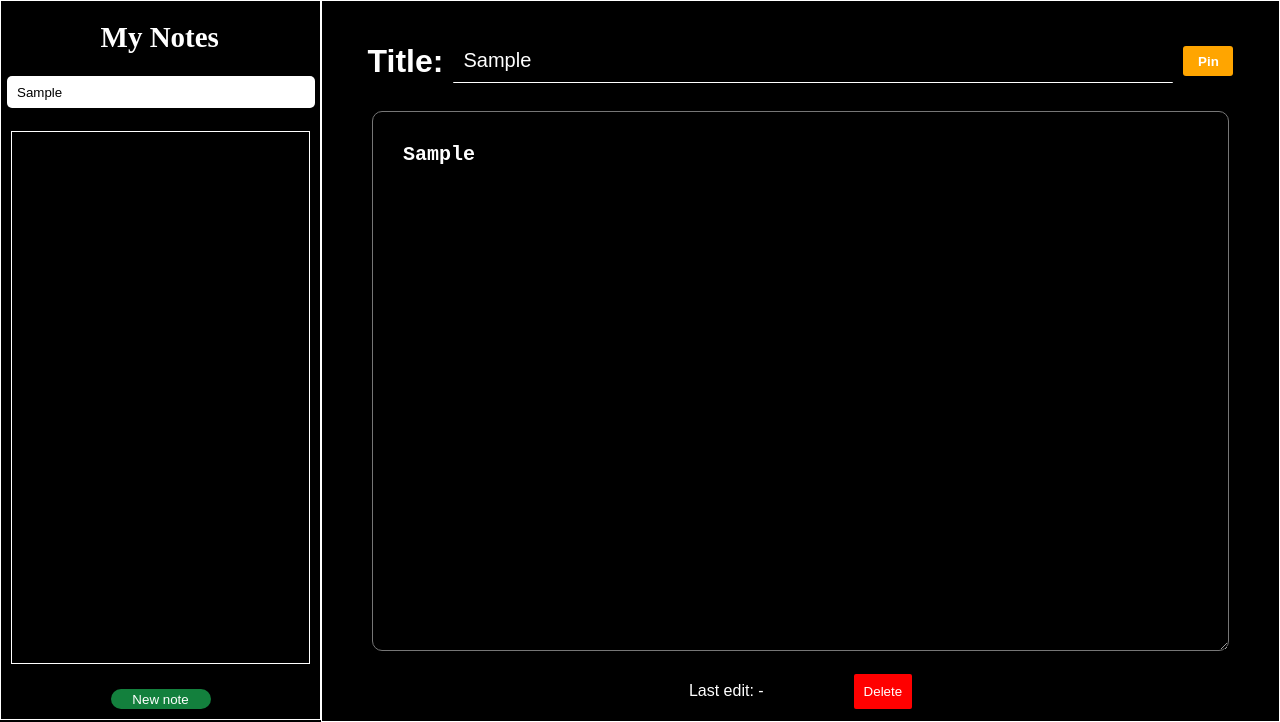
Repository: dmpelaez/myNotes
Page: QuickNotes.html
An editor plug-in stored every save of this project. The page is shown before and after the next save, followed by the edit.
The browser window is 1280 px wide. The pictures show the whole page.
Empty fields were first filled with sample values (such as "Sample", 5 or name@example.com).
After loading, the first visible `input.title-notes` was changed once.

Above is the page before, as saved 2025-12-19 12:12:31.
Console error: TypeError: Cannot read properties of undefined (reading 'date')

After the next save:
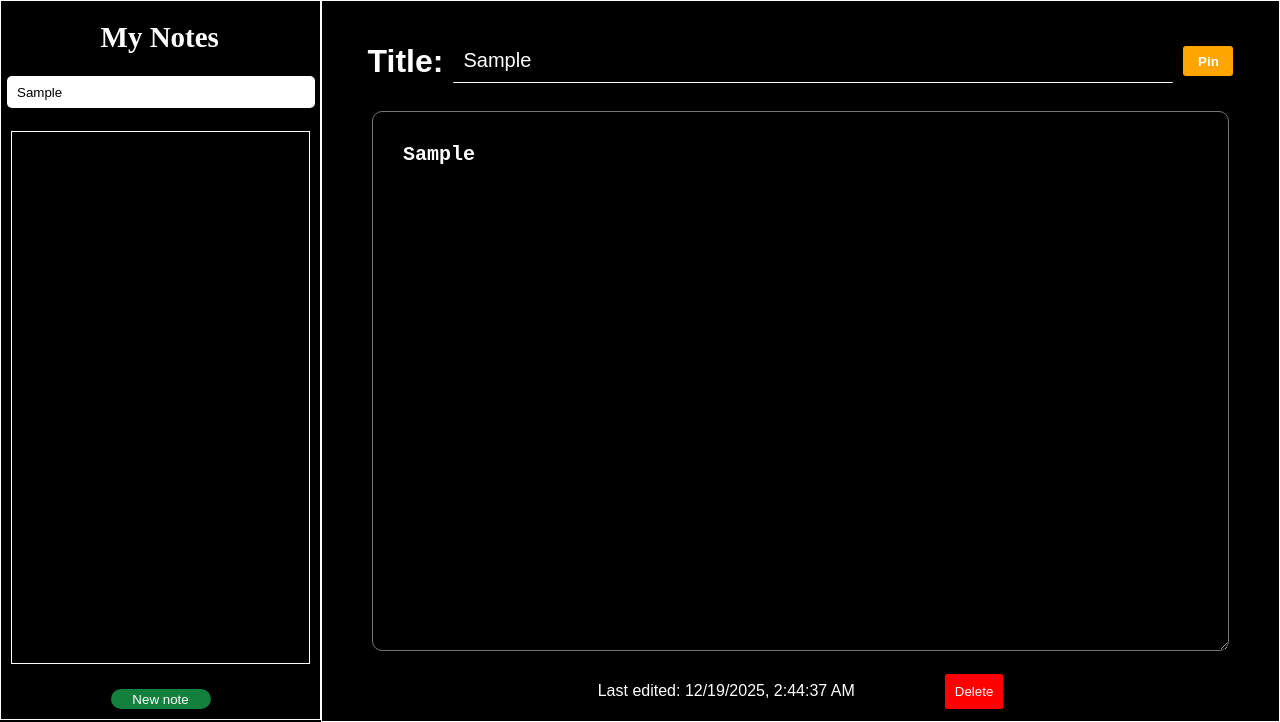
Console error: TypeError: Cannot read properties of undefined (reading 'id')
Saved 11 s later.
--- a/QuickNote.js
+++ b/QuickNote.js
@@ -97,7 +97,7 @@
   notes.title =  titleNotes.value;
   notes.content = textArea.value;
   notes.date = new Date().toLocaleString();
-  edit.innerText = "Last edited: " + note.date;
+  edit.innerText = "Last edited: " + notes.date;
   renderNotes();
   saveNotes();
   console.log(note.id);

After the 2 saves that followed:
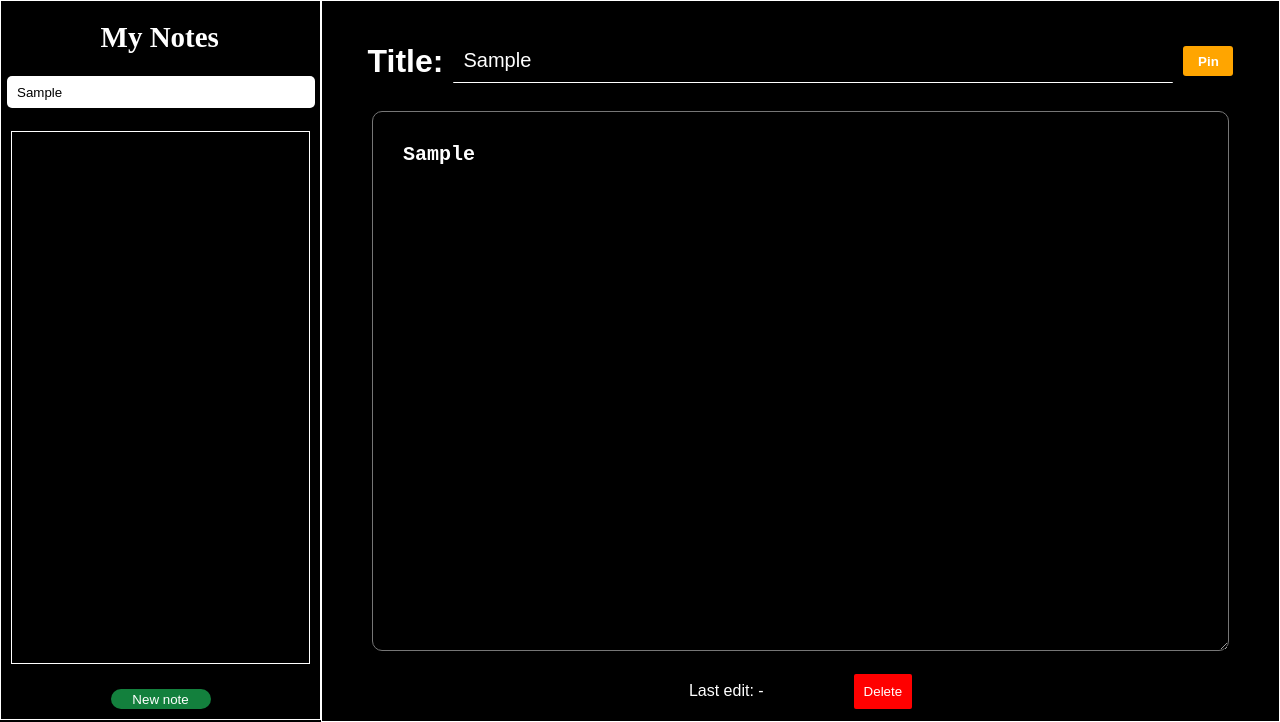
Console error: TypeError: Cannot set properties of undefined (setting 'title')
The 2 saves are shown as one change because 1 left the picture as it was.
The last was saved 44 s later.
--- a/QuickNote.js
+++ b/QuickNote.js
@@ -94,10 +94,10 @@
 
 function currentUpdate() {
   const note = notes.find(n => n.id === currentId);
-  notes.title =  titleNotes.value;
-  notes.content = textArea.value;
-  notes.date = new Date().toLocaleString();
-  edit.innerText = "Last edited: " + notes.date;
+  note.title =  titleNotes.value;
+  note.content = textArea.value;
+  note.date = new Date().toLocaleString();
+  edit.innerText = "Last edited: " + note.date;
   renderNotes();
   saveNotes();
   console.log(note.id);
